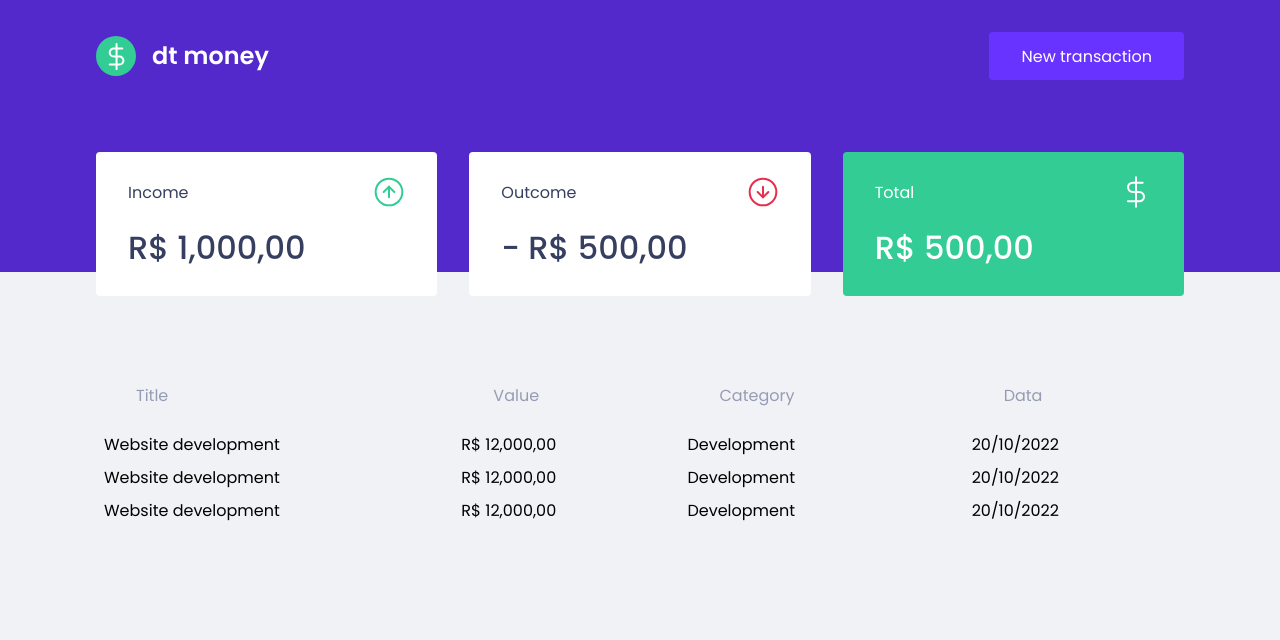
Repository: JoseGu1llardi/dtmoney
Page: /
These files come from the project's save history. The page is drawn as it stood at one moment and after the next save; the edit follows.
The browser window is 1280 px wide. The pictures show the whole page.
The project was rebuilt for these pictures with package versions that can differ from the ones it lists, and the page was loaded fresh each time.

Above is the page before, as saved 2022-12-30 15:39:17.

### public/index.html
<!DOCTYPE html>
<html lang="en">
  <head>
    <link rel="preconnect" href="https://fonts.googleapis.com" />
    <link rel="preconnect" href="https://fonts.gstatic.com" crossorigin />

    <meta charset="utf-8" />
    <meta name="viewport" content="width=device-width, initial-scale=1" />

    <link
      href="https://fonts.googleapis.com/css2?family=Poppins:wght@400;500;600&display=swap"
      rel="stylesheet"
    />

    <link rel="shortcut icon" href="favicon.png" type="image/png" />

    <title>Guillardi Money</title>
  </head>
  <body>
    <noscript>You need to enable JavaScript to run this app.</noscript>
    <div id="root"></div>
  </body>
</html>

### src/index.tsx
import { StrictMode } from 'react';
import { createRoot } from 'react-dom/client';
import { App } from './App';

const root = createRoot(
  document.getElementById('root') as HTMLElement
);
root.render(
  <StrictMode>
    <App />
  </StrictMode>
);

### src/App.tsx
import { Dashboard } from "./components/Dashboard";
import { Header } from "./components/Header";

import { GlobalStyle } from "./styles/global";

export function App() {
  return (
    <>
      <Header />
      <Dashboard />
      <GlobalStyle />
    </>
  );
}

### src/components/Dashboard/index.tsx
import { Summary } from "../Summary";
import { TransactionTable } from "../TransactionsTable";

import { Container } from "./styles";


export function Dashboard() {
    return (
        <Container>
            <Summary />
            <TransactionTable />
        </Container>
    )
}

### src/components/Header/index.tsx
import logoImg from '../../assets/logo.svg'
import { Container, Content } from './styles'

export function Header() {
    return (
        <Container>
            <Content>
                <img src={logoImg} alt="Logo Guillardi Money" />
                <button>
                    New transaction
                </button>
            </Content>
        </Container>
    )
}

### src/styles/global.ts
import { createGlobalStyle } from "styled-components";

export const GlobalStyle = createGlobalStyle`
    :root {
        --background: #F0F2F5;
        --red: #e52e4d;
        --blue: #5429cc;
        --green: #33cc95;

        --blue-light: #6933ff;

        --text-title: #363f5f;
        --text-body: #969cb3;

        --background: #f0f2f5;
        --shape: #ffffff;
    }

    * {
        margin: 0;
        padding: 0;
        box-sizing: border-box;
    }

    html {
        @media (max-width: 1080px) {
            font-size: 93.75%;

        @media (max-width: 720px) {
            font-size: 87.5%;
        }
    }

    }

    body {
        background: var(--background);
        -webkit-font-smoothing: antialiased;
    }

    body, input, textarea, button {
        font-family: 'Poppins', sans-serif;
        font-weight: 400;
    }

    h1, h2, h3, h4, h5, h6, strong {
        font-weight: 600;
    }

    button {
        cursor: pointer;
    }

    [disabled] {
        opacity: 0.6;
        cursor: not-allowed;
    }
`;

### src/components/Summary/index.tsx
import { Container } from './styles';

import incomeImg from '../../assets/income.svg';
import outcomeImg from '../../assets/outcome.svg';
import totalImg from '../../assets/total.svg';

export function Summary() {
    return (
        <Container>
            <div>
                <header>
                    <p>Income</p>
                    <img src={incomeImg} alt="Logo income" />
                </header>
                <strong>R$ 1,000,00</strong>
            </div>

            <div>
                <header>
                    <p>Outcome</p>
                    <img src={outcomeImg} alt="Logo outcome" />
                </header>
                <strong>- R$ 500,00</strong>
            </div>

            <div className="highlight-background">
                <header>
                    <p>Total</p>
                    <img src={totalImg} alt="Logo total" />
                </header>
                <strong>R$ 500,00</strong>
            </div>
        </Container>
    )
}

### src/components/TransactionsTable/index.tsx
import { Container } from './styles';

export function TransactionTable() {
    return (
        <Container>
            <table>
                <thead>
                    <tr>
                        <th>Title</th>
                        <th>Value</th>
                        <th>Category</th>
                        <th>Data</th>
                    </tr>
                </thead>

                <tbody>
                    <tr>
                        <td>Website development</td>
                        <td>R$ 12,000,00</td>
                        <td>Development</td>
                        <td>20/10/2022</td>
                    </tr>

                    <tr>
                        <td>Website development</td>
                        <td>R$ 12,000,00</td>
                        <td>Development</td>
                        <td>20/10/2022</td>
                    </tr>

                    <tr>
                        <td>Website development</td>
                        <td>R$ 12,000,00</td>
                        <td>Development</td>
                        <td>20/10/2022</td>
                    </tr>

                </tbody>
            </table>
        </Container>
    )
}

### src/components/Header/styles.ts
import styled from "styled-components";

export const Container = styled.header`
  background: var(--blue);
`;

export const Content = styled.div`
  max-width: 1120px;
  margin: 0 auto;

  padding: 2rem 1rem 12rem;
  display: flex;
  align-items: center;
  justify-content: space-between;

  button {
    font-size: 1rem;
    color: white;
    background: var(--blue-light);
    border: 0;
    padding: 0 2rem;
    border-radius: 0.25rem;
    height: 3rem;

    transition: filter 0.2s;

    &:hover {
      filter: brightness(0.9);
    }
  }
`;

### src/components/Summary/styles.ts
import styled from "styled-components";

export const Container = styled.div`
  display: grid;
  grid-template-columns: repeat(3, 1fr);
  gap: 2rem;
  margin-top: -10rem;

  div {
    background: var(--shape);
    padding: 1.5rem 2rem;
    border-radius: 0.25rem;
    color: var(--text-title);

    header {
      display: flex;
      align-items: center;
      justify-content: space-between;
    }

    strong {
      display: block;
      margin-top: 1rem;
      font-size: 2rem;
      font-weight: 500;
    }

    &.highlight-background {
      background: var(--green);
      color: white;
    }
  }
`;

### src/components/TransactionsTable/styles.ts
import styled from "styled-components";

export const Container = styled.div`
  margin-top: 4rem;

  table {
    width: 100%;
    border-spacing: 0.5rem;

    th {
      color: var(--text-body);
      font-weight: 400;
      padding: 1rem 2rem;
      text-align: left;
      line-height: 1.5rem;
    }
  }
`;

Loaded but not shown: src/components/Dashboard/styles.ts (common file)

After the next save:
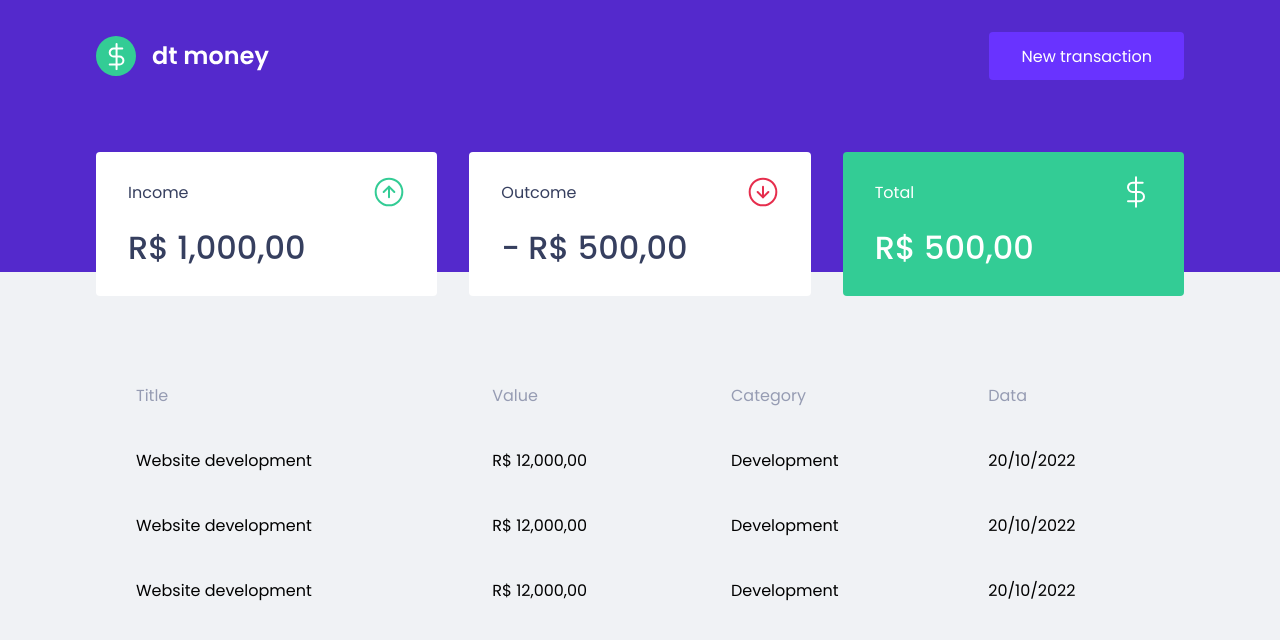
Saved 93 s later.
--- a/src/components/TransactionsTable/styles.ts
+++ b/src/components/TransactionsTable/styles.ts
@@ -14,5 +14,9 @@ export const Container = styled.div`
       text-align: left;
       line-height: 1.5rem;
     }
+
+    td {
+      padding: 1rem 2rem;
+    }
   }
 `;
